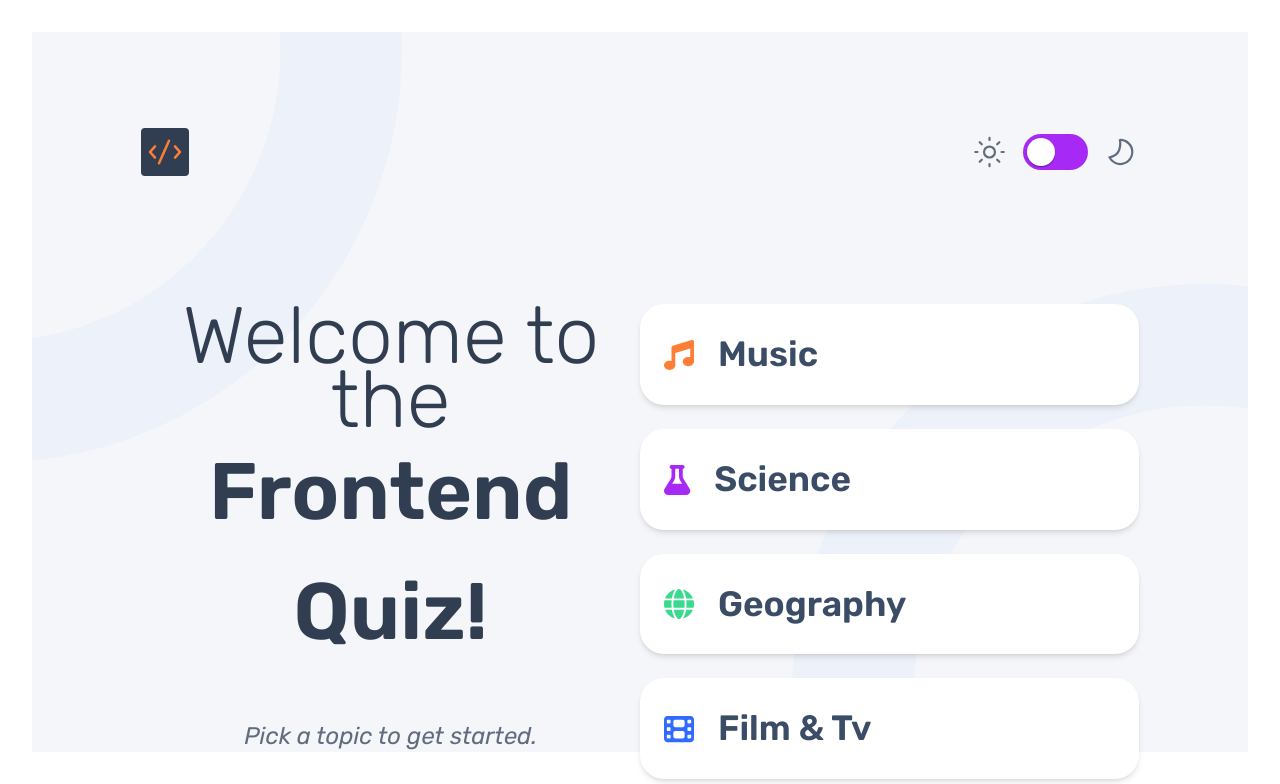
Repository: Shenixo/QuizApp
Page: /
The author's editor kept a copy of each file at every save. The page is drawn from the files as they stood at one save, then again after the next save.
The browser window is 1280 px wide. The pictures show the whole page.
The project was rebuilt for these pictures with package versions that can differ from the ones it lists, and the page was loaded fresh each time. Also part of the build but not shown: vite.config.js.

Above is the page before, as saved 2025-03-31 15:00:00.

After the next save:
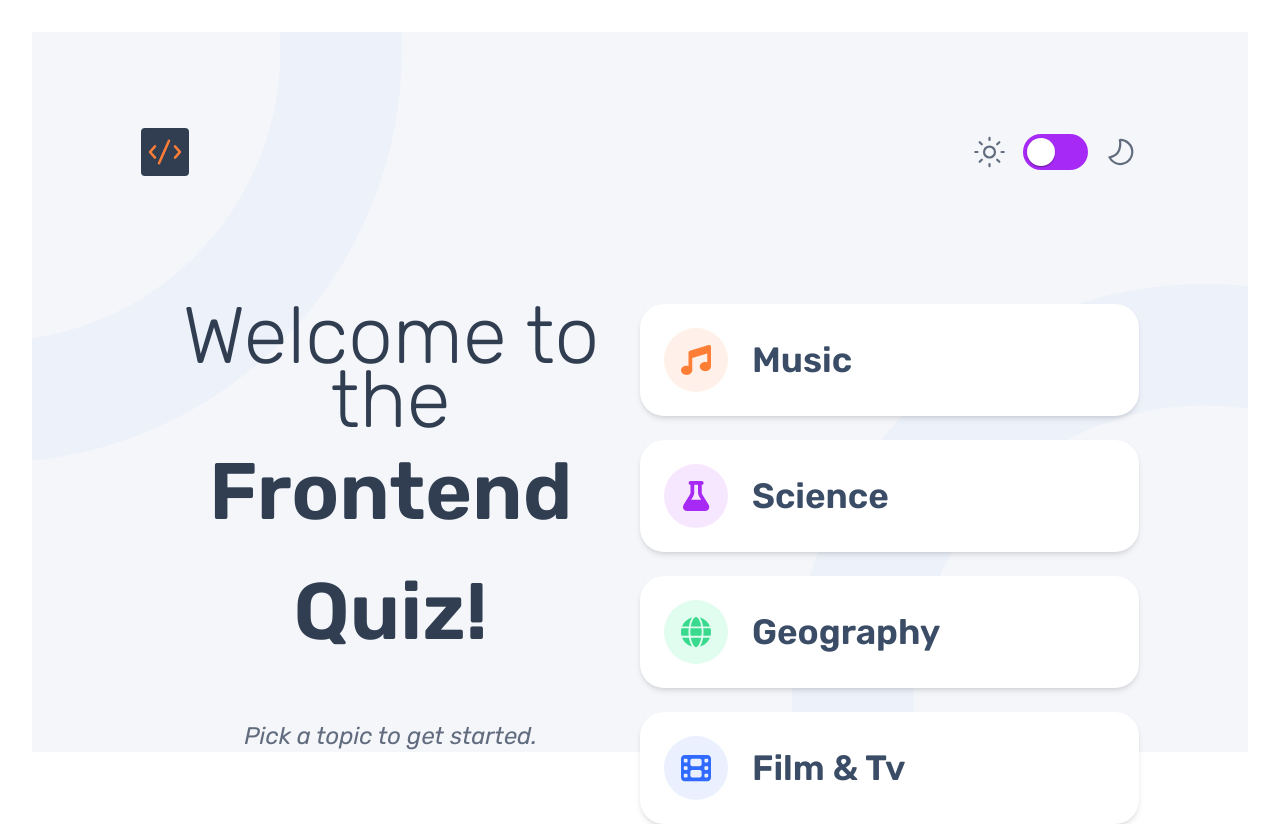
Saved 2 min 40 s later.
--- a/src/Components/Option/Option.jsx
+++ b/src/Components/Option/Option.jsx
@@ -1,37 +1,30 @@
 import React from "react";
 import { useAppContext } from "../../Store/Context";
 import { FontAwesomeIcon } from "@fortawesome/react-fontawesome";
-import {
-  faMusic,
-  faFlask,
-  faGlobe,
-  faFilm,
-} from "@fortawesome/free-solid-svg-icons";
-// #ebf0ff
+import { faMusic, faFlask, faGlobe, faFilm } from "@fortawesome/free-solid-svg-icons";
+
 const options = [
   { icon: faMusic, option: "music", color: "text-[#ff7e35]", boxColor: "bg-[#fff1e9]" }, // Red-Orange
-  { icon: faFlask, option: "science", color: "text-[#a729f5]", boxColor: "#f6e7ff" }, // Green
-  { icon: faGlobe, option: "geography", color: "text-[#39da8d]", boxColor: "bg-[#e0fdef]" }, // Blue
-  { icon: faFilm, option: "film & tv", color: "text-[#306aff]", boxColor: "bg-[#ebf0ff]" }, // Yellow-Orange
+  { icon: faFlask, option: "science", color: "text-[#a729f5]", boxColor: "bg-[#f6e7ff]" }, // Purple
+  { icon: faGlobe, option: "geography", color: "text-[#39da8d]", boxColor: "bg-[#e0fdef]" }, // Green
+  { icon: faFilm, option: "film & tv", color: "text-[#306aff]", boxColor: "bg-[#ebf0ff]" }, // Blue
 ];
 
 const Option = () => {
   const { isDarkMode } = useAppContext();
   return (
     <ul className="flex gap-6 flex-col">
-      {options.map(({ icon, option, color }, idx) => (
+      {options.map(({ icon, option, color, boxColor }, idx) => (
         <li
           key={idx}
           className={`
-            ${
-              isDarkMode ? "bg-[#3b4d66] text-white" : "bg-white text-[#3b4d66]"
-            }
+            ${isDarkMode ? "bg-[#3b4d66] text-white" : "bg-white text-[#3b4d66]"}
             transition-all duration-500 ease-in-out shadow-md shadow-[rgba(0,0,0,0.1)]
             p-6 rounded-[1.5rem] cursor-pointer capitalize text-[2.2rem] font-semibold flex items-center gap-6
           `}
         >
-          <div>
-            <FontAwesomeIcon icon={icon} className={`text-3xl ${color}`} />
+          <div className={`w-16 h-16 flex items-center justify-center rounded-full ${boxColor}`}>
+            <FontAwesomeIcon icon={icon} className={`text-3xl ${color}`} style={{ strokeWidth: "0.3px" }} />
           </div>
           {option}
         </li>
